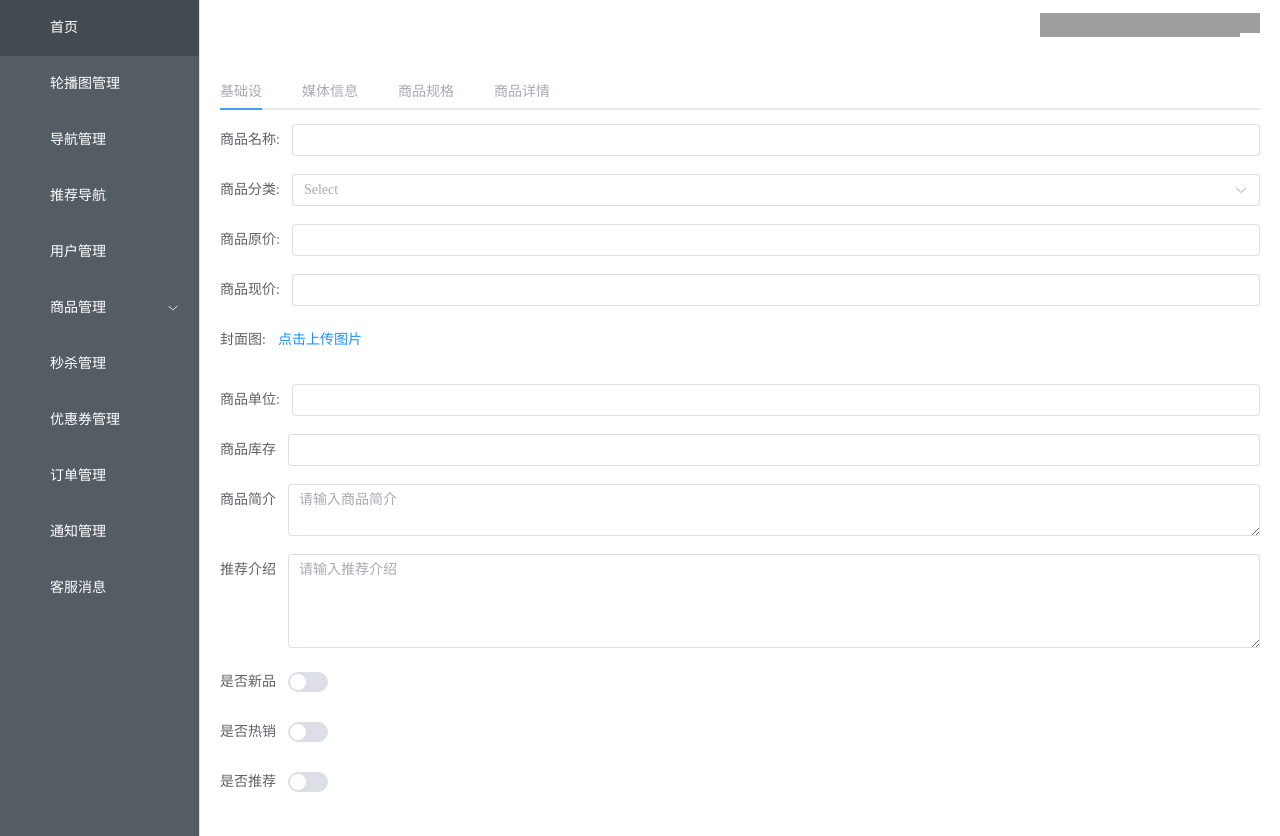
Repository: xinwuhao/CCG
Page: /addgoods
These files come from the project's save history. The page is drawn as it stood at one moment and after the next save; the edit follows.
The browser window is 1280 px wide. The pictures show the whole page.
Pictures or frames that could not be fetched are drawn as grey boxes. The page's requests for data from a server got no answer. The project was rebuilt for these pictures with package versions that can differ from the ones it lists, and the page was loaded fresh each time. No one was signed in, and anything a server would have sent is missing. Also part of the build but not shown: vite.config.ts.

Above is the page before, as saved 2021-09-24 13:52:46.

### src/main.ts
import { createApp } from 'vue'
import App from "./App.vue";
import router from "./router"
import ElementPlus from 'element-plus'
import 'element-plus/dist/index.css'
import * as Icons from '@element-plus/icons'
import { toLine } from './utils/index'

const app = createApp(App)

for (let i in Icons) {
    app.component(`el-icon${toLine(i)}`, (Icons as any)[i])
}

app.use(router)
app.use(ElementPlus)
app.mount('#app')

### src/App.vue
<template>
  <div>
    <router-view></router-view>
  </div>
</template>

<script setup lang="ts">
</script>

<style lang='scss'>
@import "./scssbox.scss";
</style>

### src/router/index.ts
import { createRouter, createWebHistory, RouteRecordRaw } from 'vue-router'
// import Home from '../views/homepage/homepage.vue'
import Layout from '../views/layout/Layout.vue'

const routes: Array<RouteRecordRaw> = [
  {
    path: '/login',
    name: 'Logon',
    component: () => import('../views/login/Login.vue'),
    meta: {
      title: '登录'
    }
  },
  {
    path: '/',
    component: Layout,
    // 子路由: children
    children: [
      {
        path: '/',
        name: '/',
        component: () => import('../views/homepage/homepage.vue'),
        meta: {
          title: '首页',
          meta: '/homepage'
        }
      },
      {
        path: '/discount',
        name: 'discount',
        component: () => import('../views/discount/discount.vue'),
        meta: {
          title: '优惠券管理',
          meta: '/discount'
        }
      },
      {
        path: '/navigation',
        name: 'navigation',
        component: () => import('../views/navigation/navigation.vue'),
        meta: {
          title: '导航管理',
          meta: '/navigation'
        }
      },
      {
        path: '/swiper',
        name: 'swiper',
        component: () => import('../views/swiper/swiper.vue'),
        meta: {
          title: '轮播图管理',
          meta: '/swiper'
        }
      },
      {
        path: '/recommend',
        name: 'recommend',
        component: () => import('../views/recommend/recommend.vue'),
        meta: {
          title: '推荐导航',
          meta: '/recommend'
        }
      },
      {
        path: '/user',
        name: 'user',
        component: () => import('../views/user/user.vue'),
        meta: {
          title: '用户管理',
          meta: '/user'
        }
      },
      {
        path: '/addgoods',
        name: 'addgoods',
        component: () => import('../views/goods/addgoods.vue'),
        meta: {
          title: '添加商品',
          meta: '/addgoods'
        }
      },
      {
        path: '/sortgoods',
        name: 'sortgoods',
        component: () => import('../views/goods/sortgoods.vue'),
        meta: {
          title: '商品分类',
          meta: '/sortgoods'
        }
      },
      {
        path: '/modelgoods',
        name: 'modelgoods',
        component: () => import('../views/goods/modelgoods.vue'),
        meta: {
          title: '商品模型',
          meta: '/modelgoods'
        }
      },
      {
        path: '/specsgoods',
        name: 'specsgoods',
        component: () => import('../views/goods/specsgoods.vue'),
        meta: {
          title: '商品规格',
          meta: '/specsgoods'
        }
      },
      {
        path: '/parametergoods',
        name: 'parametergoods',
        component: () => import('../views/goods/parametergoods.vue'),
        meta: {
          title: '商品参数',
          meta: '/parametergoods'
        }
      },
      {
        path: '/specifications',
        name: 'specifications',
        component: () => import('../views/goods/specifications.vue'),
        meta: {
          title: '规格参数',
          meta: '/specifications'
        }
      },
      {
        path: '/seckill',
        name: 'seckill',
        component: () => import('../views/seckill/seckill.vue'),
        meta: {
          title: '秒杀管理',
          meta: '/seckill'
        }
      },
      {
        path: '/order',
        name: 'order',
        component: () => import('../views/order/order.vue'),
        meta: {
          title: '订单管理',
          meta: '/order'
        }
      },
      {
        path: '/notice',
        name: 'notice',
        component: () => import('../views/notice/notice.vue'),
        meta: {
          title: '通知管理',
          meta: '/notice'
        }
      },
      {
        path: '/news',
        name: 'news',
        component: () => import('../views/news/news.vue'),
        meta: {
          title: '客服消息',
          meta: '/news'
        }
      },
    ]
  }
]

const router = createRouter({
  history: createWebHistory(),
  routes
})

router.beforeEach((to, from, next) => {
  document.title = to.meta.title as string
  next()
})

export default router

### src/utils/index.ts
export const toLine = (str: string) => {
  return str.replace(/([A-Z])/g, "-$1").toLowerCase()
}

### src/scssbox.scss
* {
    margin: 0;
    padding: 0;
}

html,
body,
#app,
.el-container,
.el-menu {
    height: 100%;
}

### src/views/layout/Layout.vue
<template>
  <el-container>
    <el-aside width="auto">
      <nav-left :isCollapse='isCollapse'></nav-left>
    </el-aside>
    <el-container>
     <el-header>
        <nav-header v-model:isCollapse='isCollapse'></nav-header>
     </el-header>
      <el-main>
        <router-view></router-view>
      </el-main>
    </el-container>
  </el-container>
</template>

<script setup lang="ts">
import { ref, reactive } from 'vue'
import NavHeader from  '../../components/navHeader/NavHeader.vue'
import NavLeft from  '../../components/navLeft/NavLeft.vue'

interface Data {
  name: string,
  age: number
}

let isCollapse = ref<boolean>(false)
let data = reactive<Data>({
  name: 'jack',
  age: 20
})
</script>

<style scoped lang="scss">
.el-header {
  height: 50px;
  padding: 0;
}
</style>

### src/views/goods/addgoods.vue
<template>
  <div>
    <div v-if="judge == 0">
      <div class="searchBox">
        <el-input
          placeholder="请输入内容"
          v-model="input"
          clearable
          class="inputBox"
        >
        </el-input>
        <el-button icon="el-icon-search" @click="obtain"></el-button>
        <el-button type="primary" @click="ON">添加商品</el-button>
      </div>
      <!-- 表格 -->
      <div style="margin-top: 20px">
        <el-table :data="tableData" border style="width: 100%">
          <el-table-column label="#" type="index" width="50"> </el-table-column>
          <el-table-column prop="content" label="商品名称"> </el-table-column>
          <el-table-column prop="content" label="商品原价"> </el-table-column>
          <el-table-column prop="content" label="商品现价"> </el-table-column>
          <el-table-column prop="content" label="商品库存"> </el-table-column>
          <el-table-column label="是否新品">
            <template #default="scope">
              <div>
                {{ scope.row.isShow == true ? "是" : "否" }}
              </div>
            </template>
          </el-table-column>
          <el-table-column label="是否热卖">
            <template #default="scope">
              <div>
                {{ scope.row.isShow == true ? "是" : "否" }}
              </div>
            </template>
          </el-table-column>
          <el-table-column label="是否推荐">
            <template #default="scope">
              <div>
                {{ scope.row.isShow == true ? "是" : "否" }}
              </div>
            </template>
          </el-table-column>
          <el-table-column fixed="right" label="上下架">
            <template #default="scope">
              <el-switch
                v-model="scope.row.isShow"
                active-color="#1E90FF"
                inactive-color="#ff4949"
                @change="chen(scope.row)"
              >
              </el-switch>
            </template>
          </el-table-column>
          <el-table-column fixed="right" label="操作">
            <template #default="scope">
              <el-button @click="reduce(scope.row)" type="text" size="small"
                >删除</el-button
              >
              <el-button type="text" size="small" @click="alter(scope.row)"
                >编辑</el-button
              >
            </template>
          </el-table-column>
        </el-table>
      </div>
    </div>

    <!-- 添加商品弹出层 -->
    <div v-if="judge !== 0">
      <el-tabs v-model="judge">
        <el-tab-pane label="基础设" name="1" disabled>
          <el-form :model="swiper" ref="ruleForm" class="demo-ruleForm">
            <el-form-item label="商品名称:" prop="title">
              <el-input v-model="swiper.title" class="inpud"></el-input>
            </el-form-item>
            <el-form-item label="商品分类:" prop="parentId">
              <el-select
                v-model="swiper.parentId"
                placeholder="Select"
                style="width: 100%"
              >
                <el-option-group
                  v-for="group in options"
                  :key="group.name"
                  :label="group.name"
                >
                  <el-option
                    v-for="item in group.list"
                    :key="item.name"
                    :label="item.name"
                    :value="item._id"
                  >
                  </el-option>
                </el-option-group>
              </el-select>
            </el-form-item>
            <el-form-item label="商品原价:" prop="title">
              <el-input v-model="swiper.title" class="inpud"></el-input>
            </el-form-item>
            <el-form-item label="商品现价:" prop="title">
              <el-input v-model="swiper.title" class="inpud"></el-input>
            </el-form-item>
            <el-form-item label="封面图:" prop="img">
              <el-upload
                class="upload-demo"
                action="http://localhost:1001/admin/upload"
                :headers="abc"
                :on-success="upimg"
                list-type="picture"
                :file-list="fileList"
              >
                <div class="blueFont">点击上传图片</div>
              </el-upload>
            </el-form-item>
            <el-form-item label="商品单位:" prop="title">
              <el-input v-model="swiper.title" class="inpud"></el-input>
            </el-form-item>
            <el-form-item label="商品库存" prop="path">
              <el-input v-model="swiper.path" class="inpud"></el-input>
            </el-form-item>
            <el-form-item label="商品简介" prop="path">
              <el-input
                v-model="swiper.spec_item"
                :rows="2"
                type="textarea"
                placeholder="请输入商品简介"
              />
            </el-form-item>
            <el-form-item label="推荐介绍" prop="path">
              <el-input
                v-model="swiper.spec_item"
                :rows="4"
                type="textarea"
                placeholder="请输入推荐介绍"
              />
            </el-form-item>

            <el-form-item label="是否新品" prop="path">
              <el-switch
                v-model="swiper.isShow"
                active-color="#13ce66"
                inactive-color="#ff4949"
                @change="chen"
              >
              </el-switch>
            </el-form-item>
            <el-form-item label="是否热销" prop="path">
              <el-switch
                v-model="swiper.isShow"
                active-color="#13ce66"
                inactive-color="#ff4949"
                @change="chen"
              >
              </el-switch>
            </el-form-item>
            <el-form-item label="是否推荐" prop="path">
              <el-switch
                v-model="swiper.isShow"
                active-color="#13ce66"
                inactive-color="#ff4949"
                @change="chen"
              >
              </el-switch>
            </el-form-item>
          </el-form>
        </el-tab-pane>

        <el-tab-pane label="媒体信息" name="2" disabled>Config</el-tab-pane>
        <el-tab-pane label="商品规格" name="3" disabled>Role</el-tab-pane>
        <el-tab-pane label="商品详情" name="4" disabled>Task</el-tab-pane>
      </el-tabs>
    </div>
  </div>
</template>

<script setup lang="ts">
import { ref, onMounted } from "vue";
import api from "../../http/aip";
import { ElMessage } from "element-plus";

// 输入框
let input = ref<any>("");
//切换层
let judge = ref<string>("1");
//上传图片token
let abc = { Authorization: localStorage.getItem("token") };
//接受图片路径
let fileList = ref<any>([]);
// 下拉
let options = ref<any>([]);
//表格数据
let tableData = ref<any>([]);
//表单
let swiper = ref<any>({
  content: "",
});
//添加按钮
let ON = () => {
  judge.value = "1";
};
//上传图片请求成功
let upimg = (file: any) => {
  swiper.value.img = file.data;
};
// 获取分类
let sort = () => {
  api
    .getCategory("")
    .then((res: any) => {
      if (res.code == 200) {
        options.value = res.data;
      }
    })
    .catch((err: any) => {
      console.log(err);
    });
};
//删除
let reduce = (e: any) => {
  api
    .delNotice(e._id)
    .then((res: any) => {
      if (res.code == 200) {
        ElMessage.success({
          message: `${res.msg}`,
          type: "success",
        });
        obtain();
      } else ElMessage.error(`${res.msg}`);
    })
    .catch((err: any) => {
      console.log(err);
    });
};
//显示
let chen = (e: any) => {
  api
    .showNotice({
      id: e._id,
      isShow: e.isShow,
    })
    .then((res: any) => {
      if (res.code == 200) {
        ElMessage.success({
          message: `${res.msg}`,
          type: "success",
        });
        obtain();
      } else ElMessage.error(`${res.msg}`);
    })
    .catch((err: any) => {
      console.log(err);
    });
};
let current = ref<number>(1);
let pageSize = ref<number>(10);
//获取数据
let obtain = () => {
  api
    .getNotice({
      current: current.value,
      pageSize: pageSize.value,
      query: input.value,
    })
    .then((res: any) => {
      if (res.code == 200) {
        tableData.value = res.data;
      }
    })
    .catch((err: any) => {
      console.log(err);
    });
};
onMounted(() => {
  obtain();
  sort();
});
</script>

<style scoped>
.searchBox {
  display: flex;
}
.inputBox {
  width: 300px;
}
.blueFont {
  color: #1e90ff;
}
.imgBox {
  width: 100px;
  height: 100px;
}
</style>

### src/components/navHeader/NavHeader.vue
<template>
  <div class="header">
    <div @click="toggle" class="cent">
      <el-icon-expand v-if="isCollapse"></el-icon-expand>
      <el-icon-fold v-else></el-icon-fold>
      <div class="cenn">
        <iframe
          width="200"
          height="24"
          frameborder="0"
          scrolling="no"
          hspace="0"
          src="https://i.tianqi.com/?c=code&id=11"
        ></iframe>
        <div>
          <img
            src="https://img0.baidu.com/it/u=3730772664,138405132&fm=26&fmt=auto"
            class="img"
          />
        </div>
      </div>
    </div>
  </div>
</template>

<script lang='ts' setup>
import { ref } from "vue";
import { Fold, Expand } from "@element-plus/icons";

let props = defineProps({
  isCollapse: {
    type: Boolean,
    default: false,
  },
});
let emits = defineEmits(["update:isCollapse"]);
let toggle = () => {
  emits("update:isCollapse", !props.isCollapse);
};
</script>

<style lang='scss' scoped>
svg {
  width: 20px;
  height: 20px;
}
.header {
  height: 50px;
  display: flex;
  align-items: center;
  padding: 0 20px;
}
.cent {
  display: flex;
  width: 100%;
}
.cenn {
  display: flex;
  justify-content: flex-end;
  width: 100%;
}
.img {
  width: 20px;
  height: 20px;
}
</style>

### src/components/navLeft/NavLeft.vue
<template>
  <el-menu
    :uniqueOpened="true"
    default-active="1"
    class="el-menu"
    background-color="#545c64"
    text-color="#fff"
    active-text-color="#ffd04b"
    :collapse="isCollapse"
    :router="true"
  >
    <template v-for="(item, index) in arr" :key="index">
      <el-menu-item :index="item.path" v-if="item.name !== '商品管理'">
        <component :is="item.i" class="iconbox"></component>
        <template #title>{{ item.name }}</template>
      </el-menu-item>
      <el-sub-menu :index="item.path" v-else>
        <template #title>
          <component :is="item.i" class="iconbox"></component>
          <span>{{ item.name }}</span>
        </template>
        <template v-for="(item1, index1) in arr1" :key="index1">
          <el-menu-item :index="item1.path">
            <component :is="item1.i" class="iconbox"></component>
            <span> {{ item1.name }}</span>
          </el-menu-item>
        </template>
      </el-sub-menu>
    </template>
  </el-menu>
</template>

<script lang='ts' setup>
import { ref } from "vue";
let arr = ref<any>([
  { name: "首页", i: "el-icon-house", path: "/" },
  { name: "轮播图管理", i: "el-icon-help", path: "/swiper" },
  { name: "导航管理", i: "el-icon-data-line", path: "/navigation" },
  { name: "推荐导航", i: "el-icon-document-copy", path: "/recommend" },
  { name: "用户管理", i: "el-icon-user", path: "/user" },
  { name: "商品管理", i: "el-icon-paperclip", path: "" },
  { name: "秒杀管理", i: "el-icon-reading", path: "/seckill" },
  { name: "优惠券管理", i: "el-icon-coin", path: "/discount" },
  { name: "订单管理", i: "el-icon-set-up", path: "/order" },
  { name: "通知管理", i: "el-icon-microphone", path: "/notice" },
  { name: "客服消息", i: "el-icon-chat-line-round", path: "/news" },
]);
let arr1 = ref<any>([
  { name: "添加商品", i: "el-icon-document-add", path: "/addgoods" },
  { name: "商品分类", i: "el-icon-tickets", path: "/sortgoods" },
  { name: "商品模型", i: "el-icon-set-up", path: "/modelgoods" },
  { name: "商品规格", i: "el-icon-position", path: "/specsgoods" },
  { name: "商品参数", i: "el-icon-cpu", path: "/parametergoods" },
  { name: "规格参数", i: "el-icon-takeaway-box", path: "/specifications" },
]);
let props = defineProps({
  isCollapse: {
    type: Boolean,
    default: false,
  },
});
</script>

<style lang='scss' scoped>
.el-menu:not(.el-menu--collapse) {
  width: 200px;
}
.iconbox {
  width: 20px;
  height: 20px;
  margin-right: 10px;
}
</style>

### src/http/index.ts
import axios, { AxiosError, AxiosRequestConfig, AxiosResponse } from 'axios'


const http = axios.create({
   baseURL: 'http://localhost:1001',
   timeout: 10000
})


http.interceptors.request.use((config: AxiosRequestConfig) => {
   let token = localStorage.getItem('token')
   if (token) {
      config.headers['Authorization'] = token
   }
   return config
}, (err: AxiosError) => {
   return Promise.reject(err)
})


http.interceptors.response.use((res: any) => {
   return res.data
}, (err: AxiosError) => {
   let status: number = err.response! && err.response!.status
   if (status === 401) {

   }
   if (status === 400) {

   }
   if (status === 403) {

   }
   if (status === 404) {

   }
   if (status === 500) {

   }
   if (status === 503) {

   }
   return Promise.reject(err)
})


export default http

Loaded but not shown: index.html (common file); src/http/aip.ts (485 lines, source omitted)

After the next save:
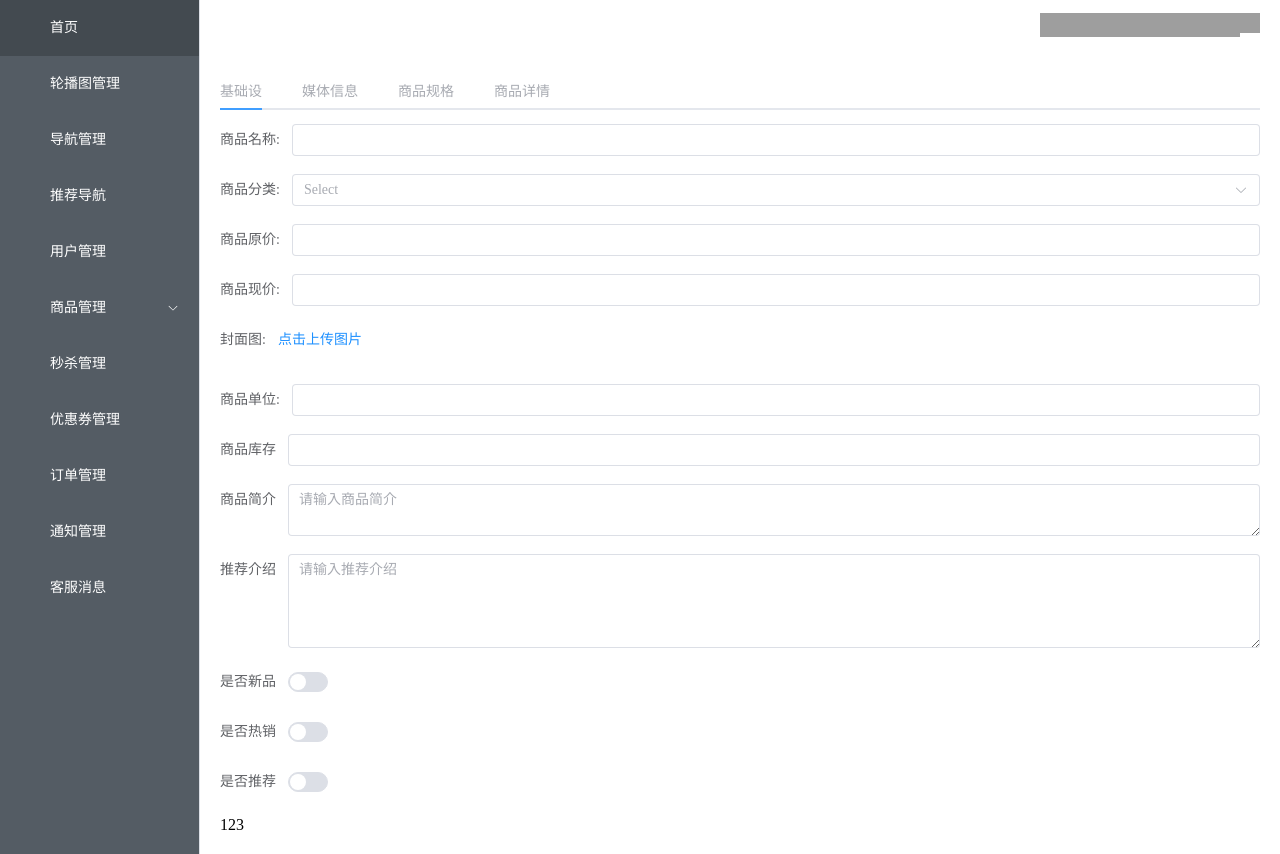
Saved 46 s later.
--- a/src/views/goods/addgoods.vue
+++ b/src/views/goods/addgoods.vue
@@ -164,6 +164,7 @@
               </el-switch>
             </el-form-item>
           </el-form>
+          <div>123</div>
         </el-tab-pane>
 
         <el-tab-pane label="媒体信息" name="2" disabled>Config</el-tab-pane>
